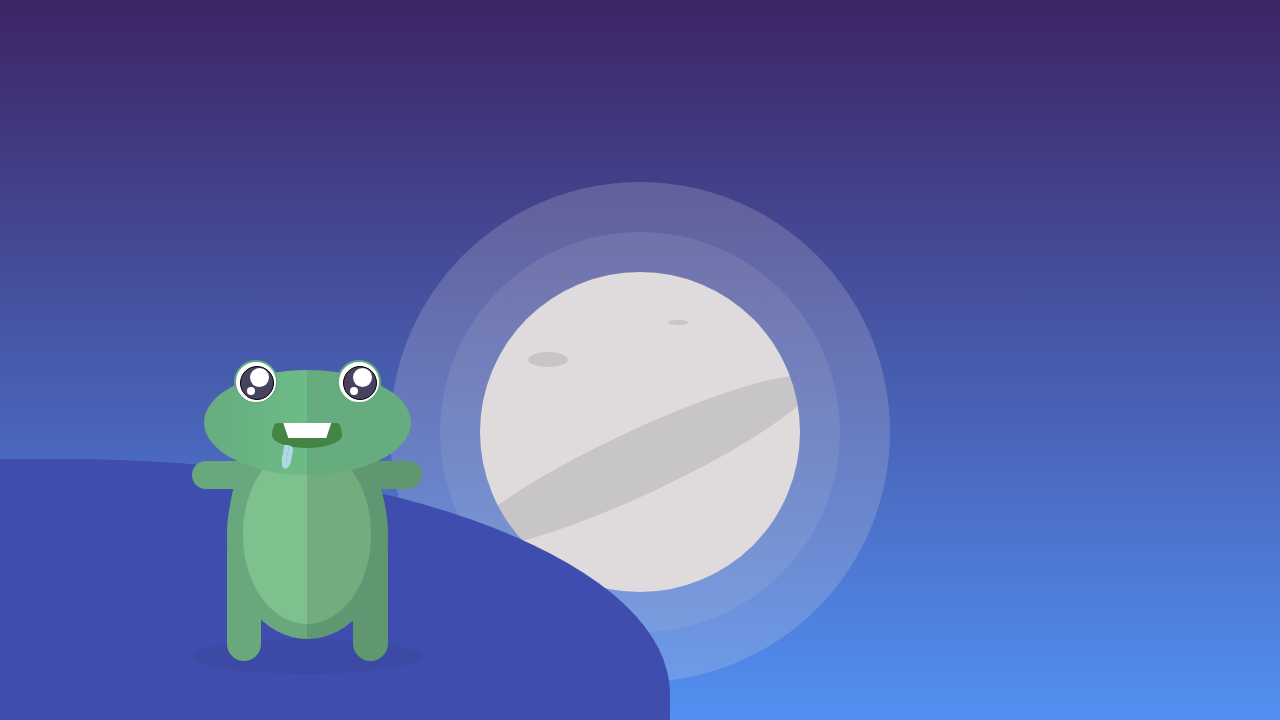
Repository: celinakhalife/cssCharacterDesign
Page: /
An editor plug-in stored every save of this project. The page is shown before and after the next save, followed by the edit.
The browser window is 1280 px wide. The pictures show the whole page.
The project was rebuilt for these pictures with package versions that can differ from the ones it lists, and the page was loaded fresh each time. Also part of the build but not shown: angular.json.

Above is the page before, as saved 2018-10-21 13:29:35.

### src/index.html
<!doctype html>
<html lang="en">
<head>
  <meta charset="utf-8">
  <title>AnimalKingdom</title>
  <base href="/">

  <meta name="viewport" content="width=device-width, initial-scale=1">
  <link rel="icon" type="image/x-icon" href="favicon.ico">
</head>
<body>
  <app-root></app-root>
</body>
</html>

### src/styles.scss
/* You can add global styles to this file, and also import other style files */
body, html{
    width:100%;
    height: 100%;
    padding:0;
    margin:0;
}

### src/app/app.component.ts
import { Component } from '@angular/core';

@Component({
  selector: 'app-root',
  templateUrl: './app.component.html',
  styleUrls: ['./app.component.scss']
})
export class AppComponent {
  title = 'animalKingdom';
}

### src/app/alien/alien.component.ts
import { Component, OnInit } from '@angular/core';

@Component({
  selector: 'app-alien',
  templateUrl: './alien.component.html',
  styleUrls: ['./alien.component.scss']
})
export class AlienComponent implements OnInit {

  constructor() { }

  ngOnInit() {
  }

}

### src/app/app.component.html
<div class="background">
  <div class="planet">
    <div class="circle-2">
      <div class="circle-1">
        <div class="hole hole-1"></div>
        <div class="hole hole-2"></div>
        <div class="strip"></div>
      </div>
    </div>

  </div>

  <div class="land"></div>
</div>

<app-alien></app-alien>

### src/app/app.component.scss
.background {
  background: rgb(61, 36, 101); /* Old browsers */
  background: -moz-linear-gradient(
    top,
    rgba(61, 36, 101, 1) 0%,
    rgba(82, 144, 242, 1) 100%
  ); /* FF3.6-15 */
  background: -webkit-linear-gradient(
    top,
    rgba(61, 36, 101, 1) 0%,
    rgba(82, 144, 242, 1) 100%
  ); /* Chrome10-25,Safari5.1-6 */
  background: linear-gradient(
    to bottom,
    rgba(61, 36, 101, 1) 0%,
    rgba(82, 144, 242, 1) 100%
  ); /* W3C, IE10+, FF16+, Chrome26+, Opera12+, Safari7+ */
  filter: progid:DXImageTransform.Microsoft.gradient( startColorstr='#3d2465', endColorstr='#5290f2',GradientType=0 ); /* IE6-9 */
  width: 100%;
  height: 100%;
  overflow: hidden;
  position: relative;

  .planet {
    width: 80vw;
    height: 80vw;
    max-width: 500px;
    max-height: 500px;
    background-color: rgba(223, 219, 220, 0.2);
    border-radius: 50%;
    position: absolute;
    top: 60%;
    left: 50%;
    transform: translate(-50%, -50%);

    .circle-2,
    .circle-1 {
      width: 80%;
      height: 80%;
      border-radius: 50%;
      margin-top: 10%;
      margin-left: 10%;
      display: inline-block;
      position: relative;
      overflow: hidden;
    }

    .circle-2 {
      background-color: rgba(223, 219, 220, 0.1);
      .circle-1 {
        background-color: rgb(223, 219, 220);
        .hole {
          background-color: rgba(0, 0, 0, 0.1);
          border-radius: 50%;
          position: absolute;

          &.hole-1 {
            width: 40px;
            height: 15px;
            top: 25%;
            left: 15%;
          }
          &.hole-2 {
            width: 20px;
            height: 5px;
            top: 15%;
            right: 35%;
          }
        }
        .strip {
          background-color: rgba(0, 0, 0, 0.1);
          position: absolute;
          width: 20%;
          height: 120%;
          left: 100%;
          top: 25%;
          transform: rotate(65deg);
          transform-origin: 0 0;
          border-radius: 50%;
        }
      }
    }
  }

  .land {
    width: 50%;
    position: absolute;
    bottom: 0;
    height: 30%;
    border-width: 40px 20px 30px 10px;
    border-style: solid;
    border-radius: 0 90% 0% 0%;
    border-top: 15px solid transparent;
    background-color: #3f4dae;
    border-color: #3f4dae;
  }
}

### src/app/alien/alien.component.html
<div class="monster">
  <div class="head roundShape">
    <div class="eyes roundShape left">
      <div class="eyeball roundShape">
        <div class="cirleBig roundShape"></div>
        <div class="cirleSmall roundShape"></div>
      </div>
    </div>
    <div class="eyes roundShape right">
      <div class="eyeball roundShape">
        <div class="cirleBig roundShape"></div>
        <div class="cirleSmall roundShape"></div>
      </div>
    </div>
    <div class="mouth">
      <div class="teeth"></div>
      <div class="drool"></div>
    </div>
  </div>
  <div class="body">
    <div class="belly roundShape"></div>
    <div class="darkOverlay"></div>
  </div>
  <div class="hand right"></div>
  <div class="hand left"></div>

  <div class="feet right"></div>
  <div class="feet left"></div>

  <div class="shadow"></div>
</div>

### src/app/alien/alien.component.scss
.roundShape {
  border-radius: 50%;
}

.monster {
  position: absolute;
  left: 15%;
  bottom: 0;
  width: 230px;
  height: 350px;

  .head {
    /* Permalink - use to edit and share this gradient: http://colorzilla.com/gradient-editor/#67ac7f+0,6cbc87+50,67ac7f+50,67ac7f+100 */
    background: rgb(103, 172, 127); /* Old browsers */
    background: -moz-linear-gradient(
      left,
      rgba(103, 172, 127, 1) 0%,
      rgba(108, 188, 135, 1) 50%,
      rgba(103, 172, 127, 1) 50%,
      rgba(103, 172, 127, 1) 100%
    ); /* FF3.6-15 */
    background: -webkit-linear-gradient(
      left,
      rgba(103, 172, 127, 1) 0%,
      rgba(108, 188, 135, 1) 50%,
      rgba(103, 172, 127, 1) 50%,
      rgba(103, 172, 127, 1) 100%
    ); /* Chrome10-25,Safari5.1-6 */
    background: linear-gradient(
      to right,
      rgba(103, 172, 127, 1) 0%,
      rgba(108, 188, 135, 1) 50%,
      rgba(103, 172, 127, 1) 50%,
      rgba(103, 172, 127, 1) 100%
    ); /* W3C, IE10+, FF16+, Chrome26+, Opera12+, Safari7+ */
    filter: progid:DXImageTransform.Microsoft.gradient( startColorstr='#67ac7f', endColorstr='#67ac7f',GradientType=1 ); /* IE6-9 */
    width: 90%;
    margin-left: 5%;
    height: 30%;
    z-index: 2;
    position: relative;
    > .darkOverlay {
      border-radius: 50% / 0 50% 50% 0;
    }
    .eyes {
      position: absolute;
      background: white;
      border: 2px solid #66ab7f;
      top: -10px;
      top: -10%;
      width: 40px;
      height: 40px;

      &.left {
        left: 30px;
      }
      &.right {
        right: 30px;
      }

      .eyeball {
        width: 80%;
        height: 80%;
        background: #484160;
        border: 1px solid black;
        position: absolute;
        top: 10%;
        left: 5%;
        animation: eyesAnimation ease infinite 4s; /* IE 10+, Fx 29+ */

        .cirleBig,
        .cirleSmall {
          background: white;
        }
        .cirleBig {
          width: 60%;
          height: 60%;
          margin: 5% 0% 0% 10%;
          animation: eyesCircleBigAnimation ease infinite 4s; /* IE 10+, Fx 29+ */
        }
        .cirleSmall {
          width: 25%;
          height: 25%;
          margin: 0 0% 0 45%;
          animation: eyesCircleSmallAnimation ease infinite 4s; /* IE 10+, Fx 29+ */
        }
      }
    }
    .mouth {
      width: 50px;
      height: 5px;
      border-width: 10px;
      border-color: #448444;
      background: #448444;
      border-radius: 5px 5px 50% 50% / 50% 50% 50% 50%;
      border-style: solid;
      position: absolute;
      top: 50%;
      left: 50%;
      transform: translateX(-50%);
      animation: mouthAnimation ease infinite 10s;

      .teeth {
        width: 75%;
        height: 0;
        border-left: 5px solid transparent;
        border-right: 5px solid transparent;
        border-bottom: 1px solid transparent;
        border-top: 15px solid white;
        border-style: solid;
        position: relative;
        top: -10px;
        left: 50%;
        transform: translateX(-50%);
        animation: teethAnimation ease infinite 10s;
      }

      .drool {
        border-color: lightblue;
        border-style: solid;
        width: 0;
        height: 0;
        border-width: 0px 5px 6px 5px;
        position: absolute;
        top: 12px;
        transform: rotate(10deg);
        border-radius: 0% 50% 50% 50% / 20% 20% 50% 50%;
        animation: droolingAnimation ease infinite 10s;
      }
    }
  }
  .body {
    height: 60%;
    margin-top: -20%;
    background: #69a87d;
    width: 70%;
    margin-left: 15%;
    overflow: hidden;
    z-index: 1;
    position: relative;
    border-radius: 50%;

    .darkOverlay {
      background: rgba(0, 0, 0, 0.1);
      width: 50%;
      height: 100%;
      position: absolute;
      left: 50%;
      top: 0;
    }
    .belly {
      width: 80%;
      height: 85%;
      margin: 10% 0 0 10%;
      background: #7fc08f;
      display: inline-block;
    }
  }
  .hand {
    width: 50%;
    background: #69a87d;
    height: 8%;
    border-radius: 20px;
    position: absolute;
    top: 26%;
    z-index: 0;
    &.left {
      left: 0;
    }
    &.right {
      background: #5e9770;
      right: 0;
      animation: helloAnimation ease 0.3s 5; /* IE 10+, Fx 29+ */
    }
  }
  .feet {
    width: 15%;
    background: #69a87d;
    height: 53%;
    position: absolute;
    top: 30%;
    z-index: 0;
    &.left {
      left: 15%;
      border-radius: 50% 50% 20px 20px;
    }
    &.right {
      background: #5e9770;
      right: 15%;
      border-radius: 50% 50% 20px 20px;
    }
  }
  .shadow {
    background: rgba(0, 0, 0, 0.05);
    width: 100%;
    height: 10%;
    border-radius: 50%;
    z-index: 0;
  }
}

@-webkit-keyframes eyesAnimation {
  0% {
    top: 10%;
    left: 5%;
  }
  25% {
    top: 10%;
    left: 10%;
  }
  50% {
    top: 10%;
    left: 5%;
  }
}

@-webkit-keyframes eyesCircleBigAnimation {
  0% {
    margin: 5% 0% 0% 10%;
  }
  25% {
    margin: 5% 0% 0% 30%;
  }
  50% {
    margin: 5% 0% 0% 10%;
  }
}
@-webkit-keyframes eyesCircleSmallAnimation {
  0% {
    margin: 0% 0% 0% 45%;
  }
  25% {
    margin: 0% 0% 0% 20%;
  }
  50% {
    margin: 0% 0% 0% 45%;
  }
}

@-webkit-keyframes droolingAnimation {
  75% {
    height: 20px;
    top: 12px;
  }
  80% {
    height: 0px;
    top: 8px;
  }
  85% {
    top: 12px;
  }
}

@-webkit-keyframes mouthAnimation {
  75% {
    height: 5px;
    border-left-width: 10px;
    border-right-width: 10px;
  }
  80% {
    height: 0;
    border-left-width: 5px;
    border-right-width: 5px;
  }
  85% {
    height: 5px;
    border-left-width: 10px;
    border-right-width: 10px;
  }
}

@-webkit-keyframes teethAnimation {
  75% {
    width: 75%;
  }
  80% {
    width: 70%;
  }
  85% {
    width: 75%;
  }
}

@-webkit-keyframes helloAnimation {
  10% {
    transform: rotate(0deg);
  }
  50% {
    transform: rotate(-15deg);
  }
  100% {
    transform: rotate(0deg);
  }
}

Loaded but not shown: src/main.ts (common file); src/app/app.module.ts (common file); src/environments/environment.ts (common file)

After the next save:
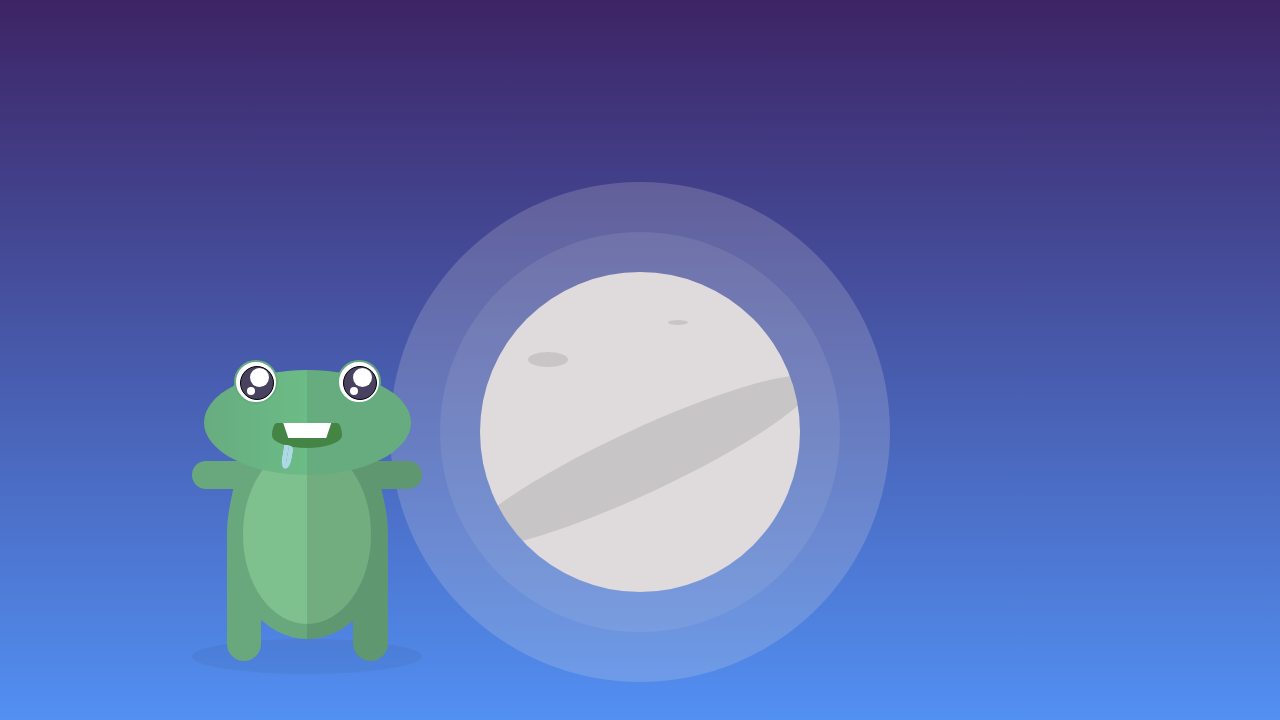
Saved 44 s later.
--- a/src/app/app.component.html
+++ b/src/app/app.component.html
@@ -10,7 +10,8 @@
 
   </div>
 
-  <div class="land"></div>
+  <div class="land-left"></div>
+  <div class="land-right"></div>
 </div>
 
 <app-alien></app-alien>
